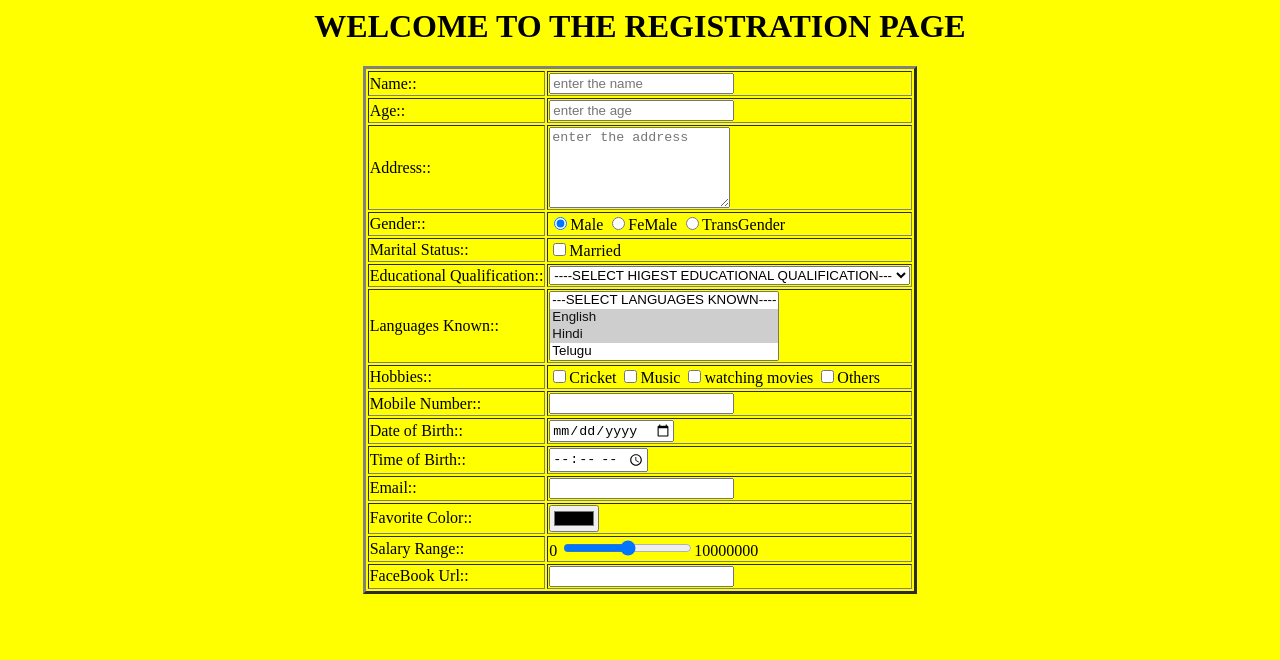
Repository: shivaramkrishna53/SERVLET_PROJECTS
Page: proj12-WorkingWithDifferentFormComponents-RegistrationApp/WebContent/input.html
An editor plug-in stored every save of this project. The page is shown before and after the next save, followed by the edit.
The browser window is 1280 px wide. The pictures show the whole page.

Above is the page before, as saved 2021-01-12 15:15:13.

### proj12-WorkingWithDifferentFormComponents-RegistrationApp/WebContent/input.html
<html>
<head>
<title>Registration</title>
</head>
<body bgcolor="yellow">
<center>
<h1 >WELCOME TO THE REGISTRATION PAGE</h1>
<form action="registrationurl" method="post">
<table border="3">
<tr>
<td>Name::</td>
<td>
<input type="text" name="pname" placeholder="enter the name"/>
</td>
</tr>
<tr>
<td>Age::</td>
<td>
<input type="number" name="page" placeholder="enter the age"/>
</td>
</tr>
<tr>
<td>Address::</td>
<td>
<textarea rows="5" cols="20" placeholder="enter the address" name="address"></textarea>
</td>
</tr>
<tr>
<td>Gender::</td>
<td>
<input type="radio" name="gender" value="M" checked>Male
<input type="radio" name="gender" value="F">FeMale
<input type="radio" name="gender" value="T">TransGender
</td>
</tr>
<tr>
<td>Marital Status::</td>
<td>
<input type="checkbox" value="Married">Married
</td>
</tr>
<tr>
<td>
Educational Qualification::
</td>
<td>
<select name="education">
<option>----SELECT HIGEST EDUCATIONAL QUALIFICATION---</option>
<option value="btech">B.TECH</option>
<option value="mbbs">MBBS</option>
<option value="bcom">B.COM</option>
<option value="bpharmacy">B.PHARMACY</option>
</select>
</td>
</tr>
<tr>
<td>Languages Known::</td>
<td>
<select name="languages" multiple>
<option>---SELECT LANGUAGES KNOWN----</option>
<option value="english" selected>English</option>
<option value="hindi" selected>Hindi</option>
<option value="telugu">Telugu</option>
<option value="tamil">Tamil</option>
<option value="bengali">Bengali</option>
<option value="marathi">Marathi</option>
<option value="kanada">Kanada</option>
</select>
</td>
</tr>
<tr>
<td>Hobbies::</td>
<td>
<input type="checkbox" name="hobbies" value="cricket">Cricket
<input type="checkbox" name="hobbies" value="music">Music
<input type="checkbox" name="hobbies" value="watching movies">watching movies
<input type="checkbox" name="hobbies" value="others">Others
</td>
</tr>
<tr>
<td>Mobile Number::</td>
<td>
<input type="tel" name="mobile">
</td>
</tr>
<tr>
<td>Date of Birth::</td>
<td>
<input type="date" name="dob">
</td>
</tr>
<tr>
<td>Time of Birth::</td>
<td>
<input type="time" name="tob">
</td>
</tr>
<tr>
<td>Email::</td>
<td>
<input type="email" name="emailid">
</td>
</tr>
<tr>
<td>Favorite Color::</td>
<td>
<input type="color" name="color">
</td>
</tr>
<tr>
<td>Salary Range::</td>
<td>0 <input type="range" name="salary">10000000
</td>
</tr>
<tr>
<td>FaceBook Url::</td>
<td>
<input type="url" name="fburl">
</td>
</tr>
</table>
</form>
</center>
</body>
</html>

After the next save:
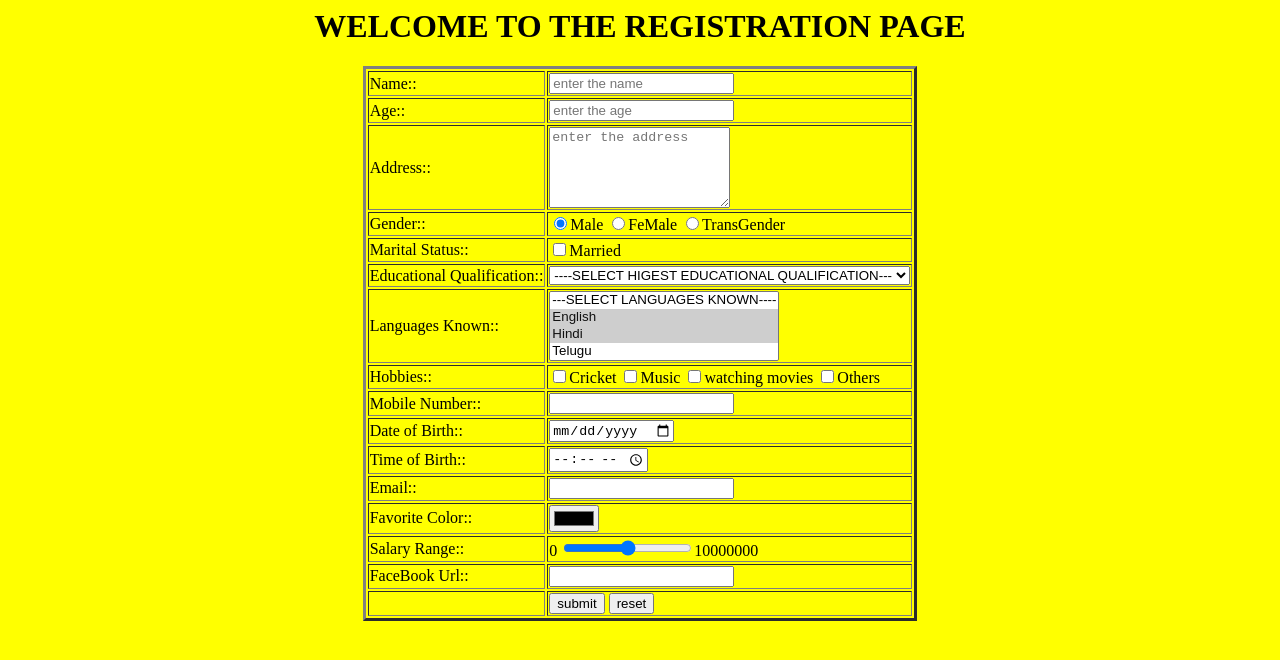
Saved 4 min 58 s later.
--- a/proj12-WorkingWithDifferentFormComponents-RegistrationApp/WebContent/input.html
+++ b/proj12-WorkingWithDifferentFormComponents-RegistrationApp/WebContent/input.html
@@ -118,6 +118,13 @@ Educational Qualification::
 <input type="url" name="fburl">
 </td>
 </tr>
+<tr>
+<td></td>
+<td>
+<input type="submit" value="submit"/>
+<input type="reset" value="reset">
+</td>
+</tr>
 </table>
 </form>
 </center>
